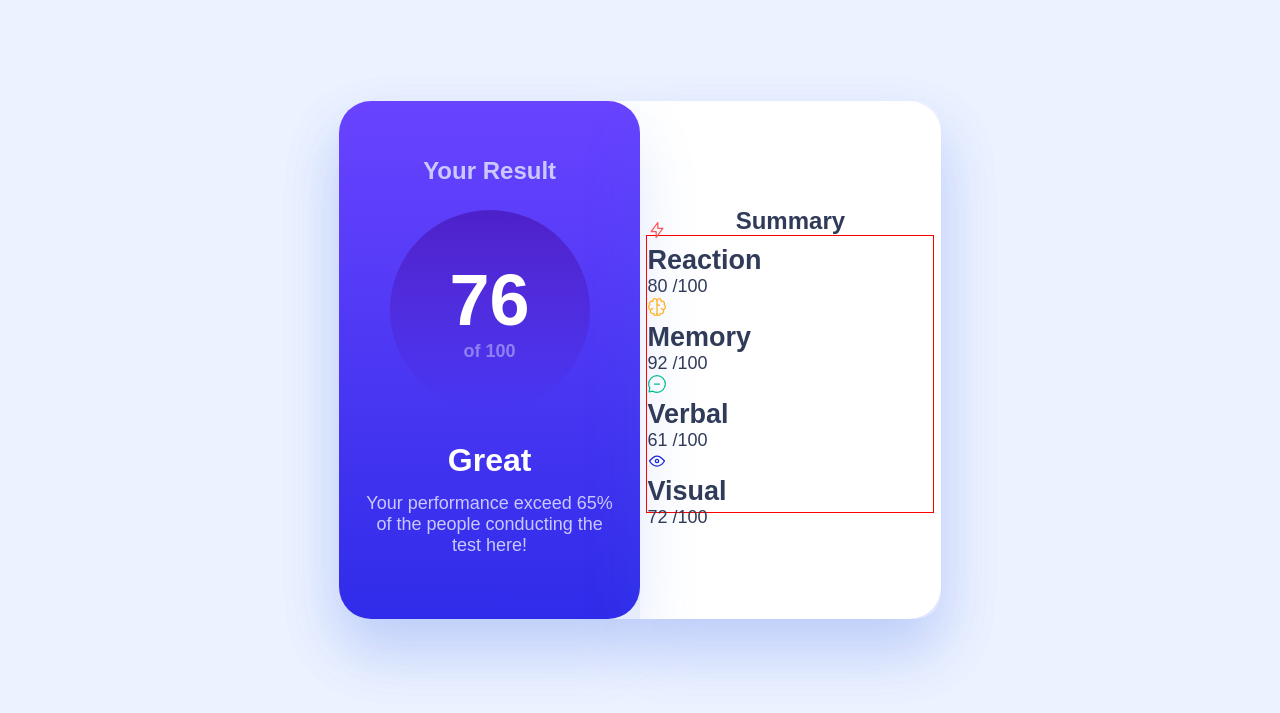
Repository: KamoliddinGIT/result-summary
Page: index.html
An editor plug-in stored every save of this project. The page is shown before and after a run of saves, followed by the edit.
The browser window is 1280 px wide. The pictures show the whole page.
Some web fonts or font styles are not loaded; a fallback is used.

Above is the page before, as saved 2023-09-08 16:01:41.

### index.html
<!DOCTYPE html>
<html lang="en">
  <head>
    <meta charset="UTF-8" />
    <meta name="viewport" content="width=device-width, initial-scale=1.0" />
    <link
      rel="icon"
      type="image/png"
      sizes="32x32"
      href="./assets/images/favicon-32x32.png"
    />
    <link rel="stylesheet" href="css/style.css" />
    <title>Frontend Mentor | Results summary component</title>
  </head>
  <body>
    <div class="container">
      <div class="result-box">
        <h1 class="result__heading">Your Result</h1>
        <div class="result__score">
          <h1>76</h1>
          <span>of 100</span>
        </div>
        <div class="result__comment">
          <h1>Great</h1>
          <p>
            Your performance exceed 65% of the people conducting the test here!
          </p>
        </div>
      </div>
      <div class="summary-box">
        <h1 class="summary__title">Summary</h1>
        <div class="summary__stats">
          <li class="summary__stats__item">
            <img src="./assets/images/icon-reaction.svg" alt="logo" />
            <h2>Reaction</h2>
            <span>80 /100</span>
          </li>
          <li class="summary__stats__item">
            <img src="./assets/images/icon-memory.svg" alt="logo" />
            <h2>Memory</h2>
            <span>92 /100</span>
          </li>
          <li class="summary__stats__item">
            <img src="./assets/images/icon-verbal.svg" alt="logo" />
            <h2>Verbal</h2>
            <span>61 /100</span>
          </li>
          <li class="summary__stats__item">
            <img src="/assets/images/icon-visual.svg" alt="logo" />
            <h2>Visual</h2>
            <span>72 /100</span>
          </li>
        </div>
      </div>
    </div>

    <script src="js/index.js"></script>
  </body>
</html>

### css/style.css
/* FONT-FACE */
@font-face {
  font-family: "Hanken Grotesk";
  src: url("../fonts/HankenGrotesk-ExtraBold.woff2") format("woff2"),
    url("../fonts/HankenGrotesk-ExtraBold.woff") format("woff");
  font-weight: bold;
  font-style: normal;
  font-display: swap;
}

@font-face {
  font-family: "Hanken Grotesk";
  src: url("../fonts/HankenGrotesk-Medium.woff2") format("woff2"),
    url("../fonts/HankenGrotesk-Medium.woff") format("woff");
  font-weight: 500;
  font-style: normal;
  font-display: swap;
}

@font-face {
  font-family: "Hanken Grotesk";
  src: url("../fonts/HankenGrotesk-Bold.woff2") format("woff2"),
    url("../fonts/HankenGrotesk-Bold.woff") format("woff");
  font-weight: bold;
  font-style: normal;
  font-display: swap;
}

* {
  margin: 0;
  padding: 0;
  box-sizing: border-box;
}

body {
  display: flex;
  flex-direction: column;
  justify-content: center;
  align-items: center;
  height: 100vh;
  padding: 0;
  margin: 0;
  font-family: "Hanken Grotesk", "Arial", sans-serif;
  font-size: 18px;
  font-weight: 500;
  line-height: normal;
  background-color: #ecf2ff;
  color: #303b59;
}

.container {
  width: 47%;
  display: flex;
  justify-content: center;
  align-items: center;
  height: 72%;
  background-color: #ffffff;
  box-shadow: 0px 30px 60px 0px rgba(61, 108, 236, 0.15);
  border-radius: 32px;
}

.result-box {
  width: 50%;
  height: 100%;
  border-radius: 32px;
  box-shadow: 0px 30px 60px 0px rgba(61, 108, 236, 0.15);
  background-image: linear-gradient(
    180deg,
    #75f 0%,
    #6943ff 0.01%,
    #2f2ce9 100%
  );
  color: #cac9ff;
  box-shadow: 0px 30px 60px 0px rgba(61, 108, 236, 0.15);
  display: flex;
  flex-direction: column;
  align-items: center;
  justify-content: center;
  gap: 25px;
}

.summary-box {
  display: flex;
  flex-direction: column;
  align-items: center;
  justify-content: center;
  width: 50%;
  height: 100%;
  border-radius: 0 25px 25px 0;
  box-shadow: 0px 30px 60px 0px rgba(61, 108, 236, 0.15);
}

.result__heading {
  font-size: 24px;
}

.result__score {
  display: flex;
  flex-direction: column;
  justify-content: center;
  align-items: center;
  width: 200px;
  height: 200px;
  border-radius: 50%;
  background-image: linear-gradient(
    180deg,
    #4d21c9 0%,
    rgba(37, 33, 201, 0) 100%,
    rgba(37, 33, 201, 0) 100%
  );
}

.result__score h1 {
  font-size: 72px;
  color: #ffffff;
}

.result__score span {
  color: #cac9ff;
  font-weight: 700;
  opacity: 0.5168;
  font-size: 18px;
}

.result__comment {
  display: flex;
  justify-content: space-around;
  align-items: center;
  flex-direction: column;
  text-align: center;
  width: 260px;
  height: 127px;
}

.result__comment h1 {
  font-size: 32px;
  color: #ffffff;
}

.result__comment p {
  font-size: 18px;
  color: #cac9ff;
  font-weight: 500;
  line-height: normal;
}

.summary__title {
  color: #303b59;
  font-size: 24px;
  font-weight: bold;
}

.summary__stats {
  width: 288px;
  height: 278px;
  display: flex;
  flex-direction: column;
  justify-content: center;
  align-items: start;
  list-style-type: none;
  border: 1px solid red;
}

### js/index.js
"use strict";

const data = [
  {
    category: "Reaction",
    score: 80,
    icon: "img/icon-reaction.svg",
  },
  {
    category: "Memory",
    score: 92,
    icon: "img/icon-memory.svg",
  },
  {
    category: "Verbal",
    score: 61,
    icon: "img/icon-verbal.svg",
  },
  {
    category: "Visual",
    score: 72,
    icon: "img/icon-visual.svg",
  },
];

After the next 2 saves:
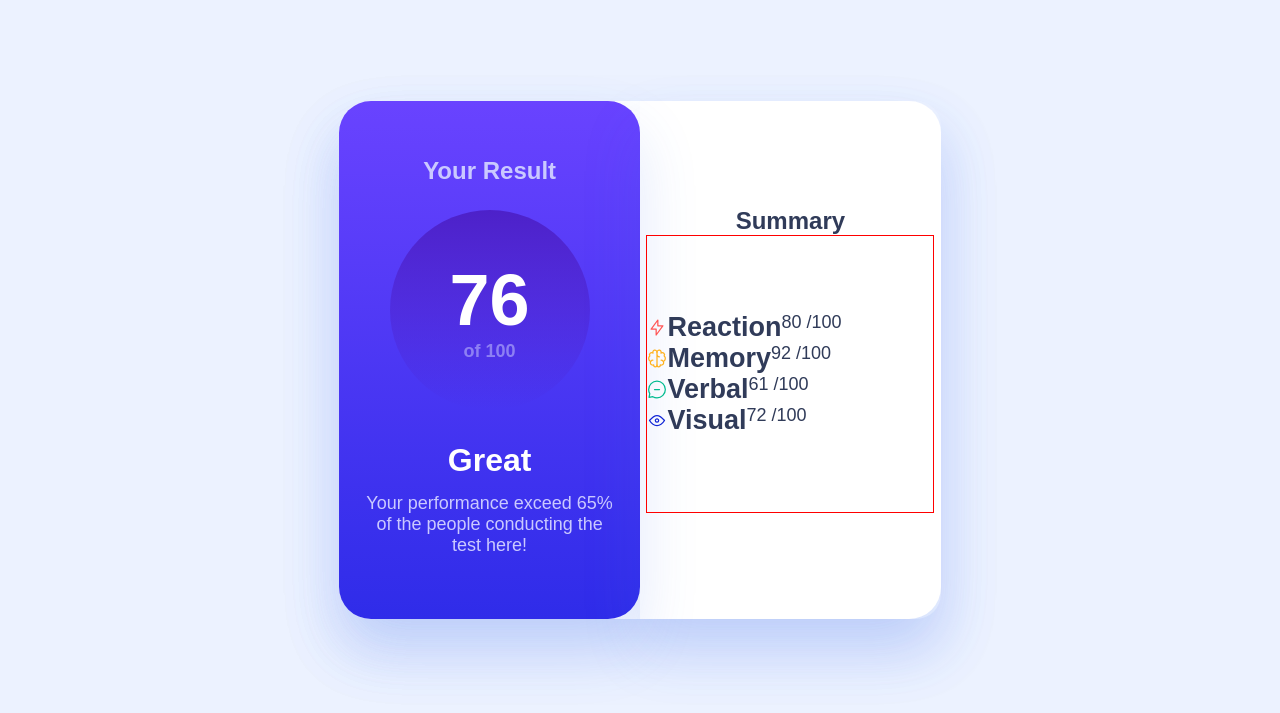
The 2 saves are shown as one change because they came seconds apart.
The last was saved 31 s later.
--- a/css/style.css
+++ b/css/style.css
@@ -160,3 +160,8 @@ body {
   list-style-type: none;
   border: 1px solid red;
 }
+
+.summary__stats__item {
+  width: 100%;
+  display: flex;
+}
